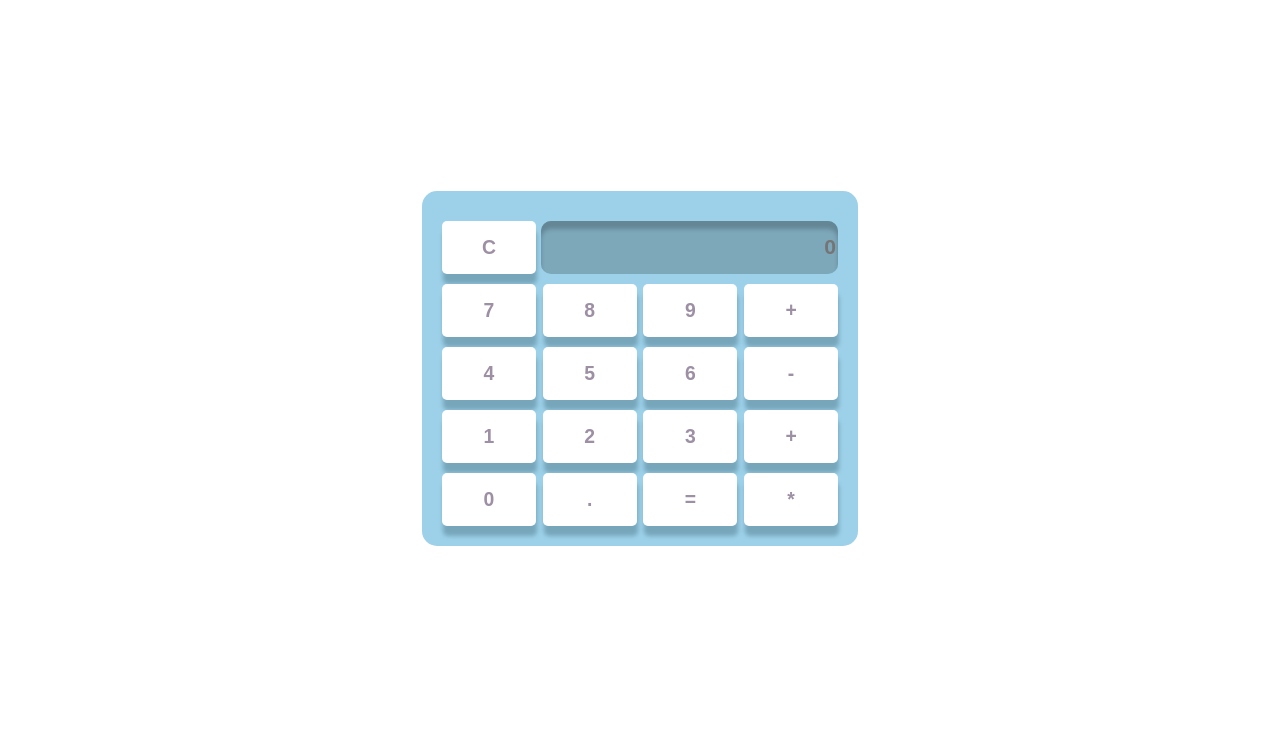
Repository: sem1103/calculator
Page: index.html
The author's editor kept a copy of each file at every save. The page is drawn from the files as they stood at one save, then again after the next save.
The browser window is 1280 px wide. The pictures show the whole page.

Above is the page before, as saved 2023-11-01 21:45:52.

After the next save:
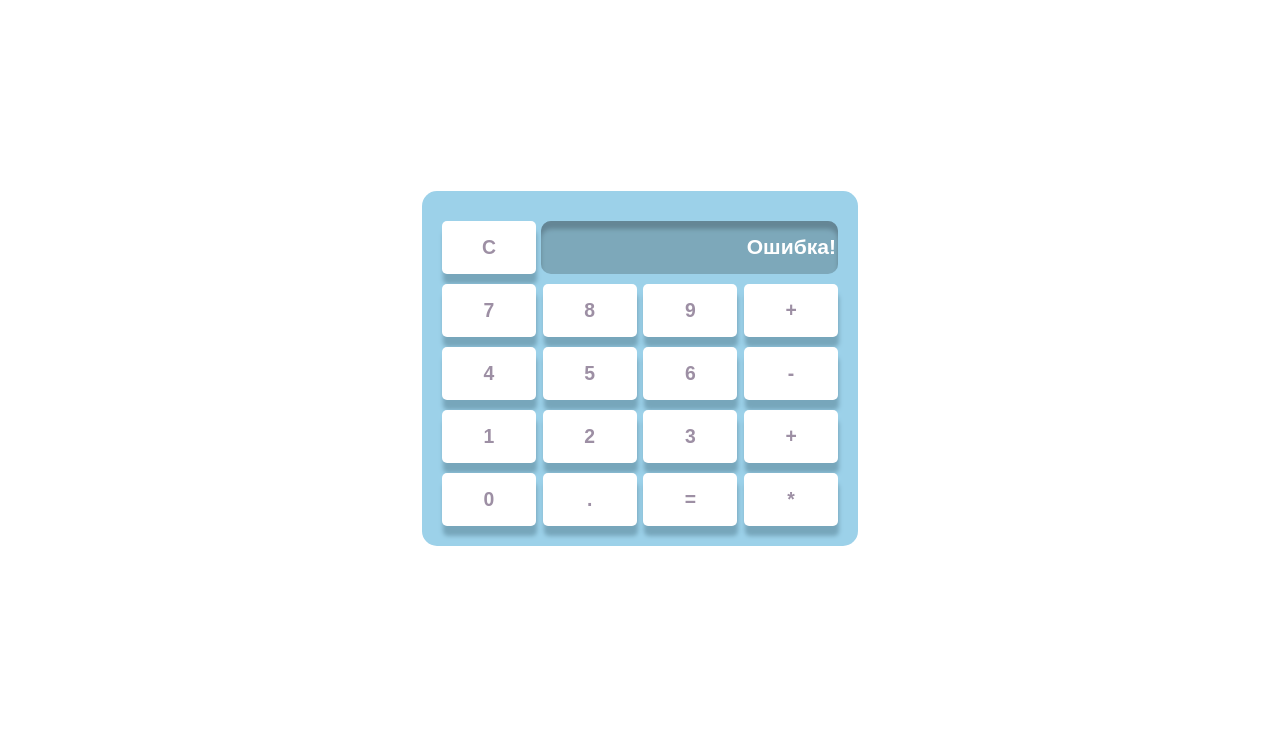
Saved 8 s later.
--- a/index.html
+++ b/index.html
@@ -142,7 +142,7 @@ console.log(result);
 
         }
 
-        calcSumm("65+ 65-65")
+        calcSumm("65+ 65/0")
 
     </script>
 </body>
